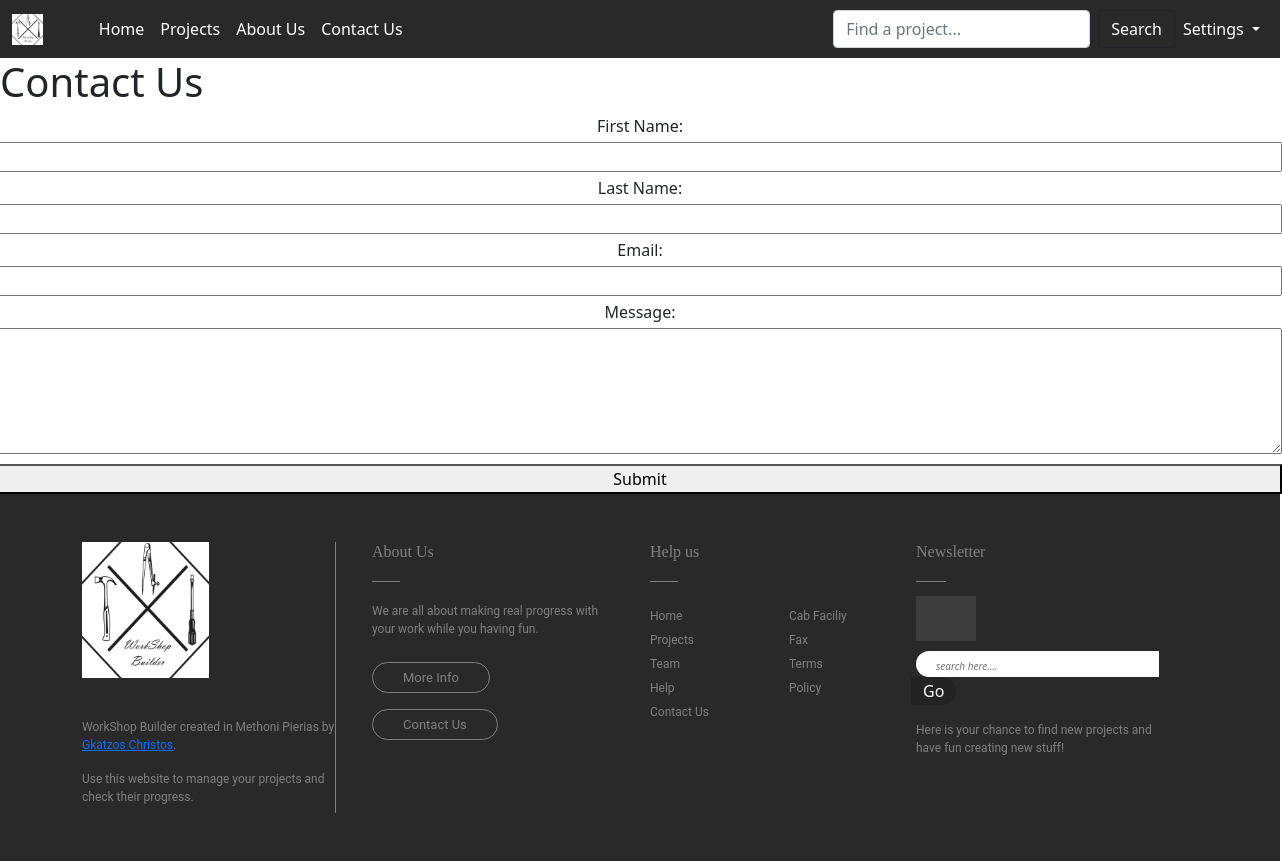
Repository: GkatzosChristos/workshop-builder-ui
Page: /contactUs (app in workshop-builder-ui/)
The author's editor kept a copy of each file at every save. The page is drawn from the files as they stood at one save, then again after the next save.
The browser window is 1280 px wide. The page is 1282 px wide, so the pictures cover 1282 px, including what lies to the right of the window. The pictures show the whole page.
The project was rebuilt for these pictures with package versions that can differ from the ones it lists, and the page was loaded fresh each time. Also part of the build but not shown: workshop-builder-ui/angular.json, workshop-builder-ui/src/app/about-us/about-us.component.ts, workshop-builder-ui/src/app/home/home.component.ts, workshop-builder-ui/src/app/project/project.component.ts.

Above is the page before, as saved 2021-08-27 18:22:56.

After the next save:
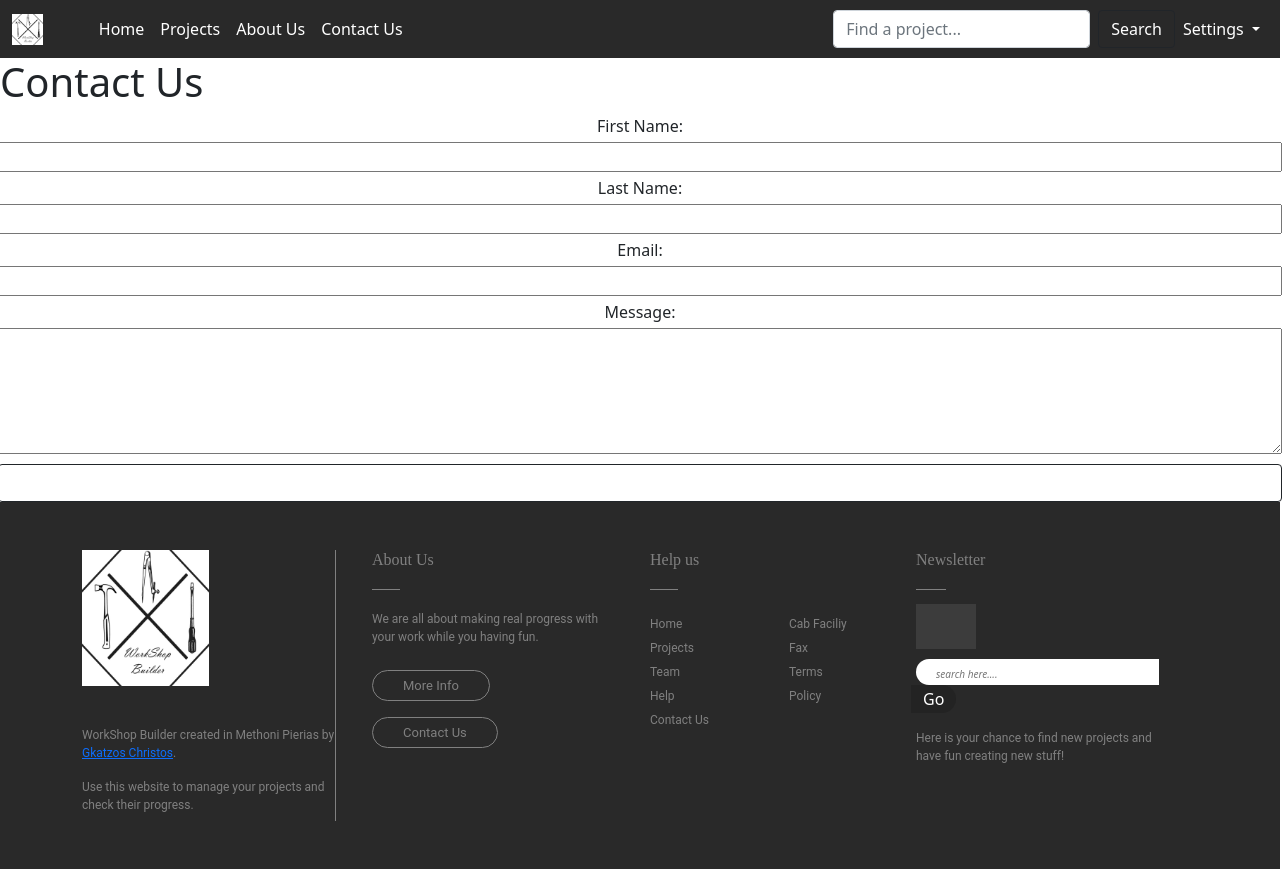
Saved 43 s later.
--- a/workshop-builder-ui/src/app/contact-us/contact-us.html
+++ b/workshop-builder-ui/src/app/contact-us/contact-us.html
@@ -10,7 +10,7 @@
       <input id="email" type="email" formControlName="email">
       <label for="message">Message: </label>
       <textarea  id="message" rows="5" cols="40" formControlName="message"></textarea>
-      <button type="btn btn-outline-dark text-white">Submit</button>
+      <a class="btn btn-outline-dark text-white"> type="btn btn-outline-dark text-white">Submit</a>
     </form>
   </section>
 </body>
